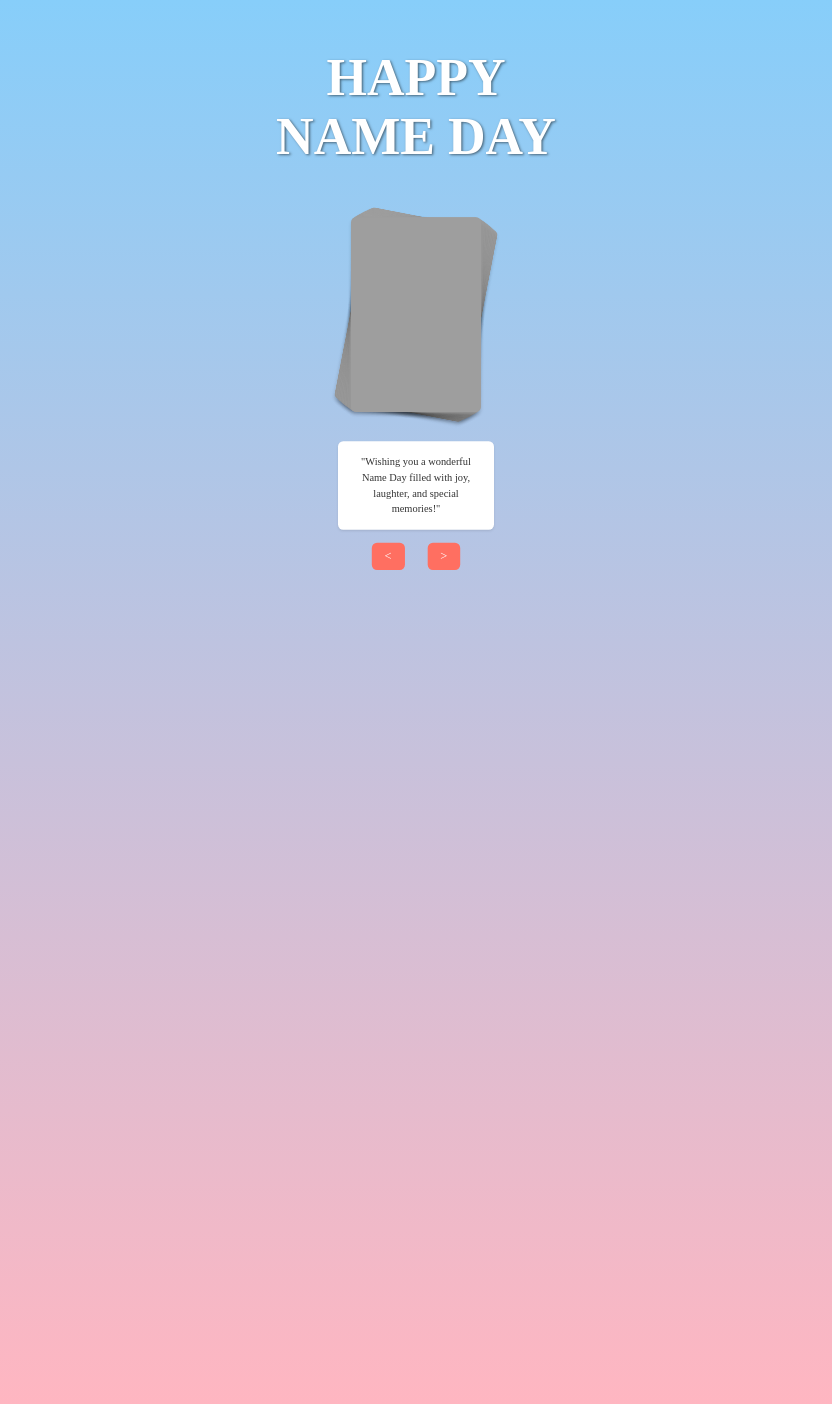
Repository: naps00/BIRTHDAY
Page: /details
These files come from the project's save history. The page is drawn as it stood at one moment and after the next save; the edit follows.
The browser window is 1280 px wide. The pictures show the whole page, at 65% of full size.
Pictures or frames that could not be fetched are drawn as grey boxes. The project was rebuilt for these pictures with package versions that can differ from the ones it lists, and the page was loaded fresh each time.

Above is the page before, as saved 2024-12-12 19:51:42.

### src/App.js
import React, { useState } from 'react';
import { BrowserRouter as Router, Route, Routes, Link } from 'react-router-dom';
import './App.css';
import Details from './details.js'; // นำเข้า Details.js

function Home() {
  const [showModal, setShowModal] = useState(false);

  // เมื่อวีดีโอจบ ให้แสดง modal
  const handleVideoEnd = () => {
    setShowModal(true);
  };

  return (
    <div className="App">
      <div className="container">
        <div className="text-section" style={{ flex: 1, display: 'flex', flexDirection: 'column', justifyContent: 'center', alignItems: 'center', textAlign: 'center', height: '100vh', color: 'black', fontSize: 'calc(3vw + 0vh)', fontWeight: 'bold' }}>
          <h2>HAPPY BIRTHDAY !!</h2>
          <p>MY LOVE ♡ </p>
          <img src="https://img2.pic.in.th/pic/fc8c0bdfae313c2ffd700a21b05915d6-removebg-preview.png" alt="Happy Birthday Decoration" style={{width: '200px', height: '200PX' }} />
        </div>

        <div className="video-section">
          <video
            className="video-player"
            controls
            onEnded={handleVideoEnd}
          >
            <source src="https://v1.pinimg.com/videos/mc/720p/3d/2a/3c/3d2a3ca4078af4f14258938781ed5f8e.mp4" type="video/mp4" />
            Your browser does not support the video tag.
          </video>
        </div>
      </div>

      {/* Modal */}
      {showModal && (
        <div className="modal-backdrop">
          <div className="modal-content">
            <h2>Are you ready?</h2>
            {/* เปลี่ยนปุ่ม "ปิด" ให้เป็นลิงค์ไปยังหน้า /details */}
            <Link to="/details">
              <button className="pulse">GO !!</button>
            </Link>
          </div>
        </div>
      )}

      {/* เพิ่มอิโมจิที่วิ้งๆ */}
      <div className="emoji">🌟</div>
      <div className="emoji2">✨</div>
      <div className="emoji3">💕</div>

    </div>
  );
}

function App() {
  return (
    <Router>
      <Routes>
        <Route path="/" element={<Home />} />
        <Route path="/details" element={<Details />} /> {/* เพิ่มเส้นทางสำหรับหน้า /details */}
      </Routes>
    </Router>
  );
}

export default App;

### src/App.css
/* การจัด layout ของแอปพลิเคชัน */
.App {
  background-color: white;
  min-height: 100vh;
  display: flex;
  justify-content: center;
  align-items: center;
}

/* ส่วนที่ใช้จัด layout */
.container {
  display: flex;
  flex-direction: row; /* แบ่งพื้นที่ออกเป็น 2 ส่วน */
  width: 100%;
  height: 100vh;
}

/* ส่วนข้อความ */
.text-section {
  flex: 1;
  display: flex;
  flex-direction: column;
  justify-content: center;
  align-items: center;
  padding: 20px;
  background-color: #f9f9f9;
}

.text-section h1 {
  margin-bottom: 20px;
}

/* ส่วนวีดีโอ */
.video-section {
  flex: 1;
  display: flex;
  justify-content: center;
  align-items: center;
  background-color: #000;
}

.video-player {
  width: 100%; /* ให้วีดีโอเต็มความกว้าง */
  height: 100%; /* ให้วีดีโอเต็มความสูง */
  object-fit: cover; /* ปรับวีดีโอให้เต็มพื้นที่โดยไม่เสียสัดส่วน */

/* การแสดง modal */
}
.modal-backdrop {
  position: fixed;
  top: 0;
  left: 0;
  width: 100%;
  height: 100%;
  background: rgba(0, 0, 0, 0.7);
  display: flex;
  justify-content: center;
  align-items: center;
  z-index: 100; /* ทำให้ modal อยู่เหนือสิ่งอื่น */
  animation: fadeInPop 0.5s ease-out;
}

/* เพิ่ม z-index ให้ modal-content */
.modal-content {
  background: white;
  padding: 20px;
  border-radius: 10px;
  text-align: center;
  box-shadow: 0 2px 10px rgba(0, 0, 0, 0.3);
  animation: slideUp 0.3s ease-out;
  z-index: 101; /* ทำให้เนื้อหาของ modal อยู่เหนือ backdrop */
}

/* การแอนิเมชัน fade-in และ pop-up สำหรับ modal backdrop */
@keyframes fadeInPop {
  0% {
    opacity: 0;
    transform: scale(0.8);
  }
  100% {
    opacity: 1;
    transform: scale(1);
  }
}

body {
  font-family: 'Coiny', cursive;
  margin: 0;
  padding: 0;
  box-sizing: border-box;
  background-color: #fef9ef;
  color: #333;
}

h1, h2, p {
  font-family: 'Coiny', cursive; /* ฟอนต์ใหม่สำหรับข้อความ */
}

button {
  font-family: 'Coiny', cursive;
  font-size: 1.2rem;
  background-color: #ff6f61;
  color: #fff;
  padding: 10px 20px;
  border: none;
  border-radius: 8px;
  cursor: pointer;
  transition: background-color 0.3s ease, transform 0.3s ease;
}

button:hover {
  background-color: #ff3d3d;
  transform: scale(1.1);
}

/* การแอนิเมชัน slide-up สำหรับ modal content */
@keyframes slideUp {
  0% {
    transform: translateY(20px);
    opacity: 0;
  }
  100% {
    transform: translateY(0);
    opacity: 1;
  }
}

.modal-content h2 {
  margin-bottom: 20px;
}

.modal-content button {
  padding: 10px 20px;
  background-color: #007bff;
  color: white;
  border: none;
  border-radius: 5px;
  cursor: pointer;
  transition: transform 0.3s ease, background-color 0.3s ease;
}

/* เอฟเฟกต์เมื่อ hover ปุ่ม */
.modal-content button:hover {
  background-color: #0056b3;
  transform: scale(1.1); /* ขยายขนาดปุ่มเมื่อ hover */
}

/* เอฟเฟกต์การเต้นของปุ่ม */
@keyframes pulse {
  0% {
    transform: scale(1);
    opacity: 1;
  }
  50% {
    transform: scale(1.1);
    opacity: 0.8;
  }
  100% {
    transform: scale(1);
    opacity: 1;
  }
}

.pulse {
  animation: pulse 1.5s infinite;
}

/* อิโมจิวิ้งๆ */
.emoji {
  position: fixed;
  top: 30%;
  right: 50%;
  font-size: 30px;
  animation: smoothBounce 1.4s infinite;
  z-index: 50; /* ทำให้ไอคอนอิโมจิอยู่ใต้ modal */
}
.emoji2 {
  position: fixed;
  top: 18%;
  right: 97%;
  font-size: 30px;
  animation: smoothBounce 1.5s infinite;
  z-index: 50; /* ทำให้ไอคอนอิโมจิอยู่ใต้ modal */
}
.emoji3 {
  position: fixed;
  top: 63%;
  right: 65%;
  font-size: 50px;
  animation: smoothBounce 3s infinite;
  z-index: 50; /* ทำให้ไอคอนอิโมจิอยู่ใต้ modal */
}
/* การกระพิบ */
/* @keyframes fadeInOut {
  0%, 100% {
    opacity: 0;
  }
  50% {
    opacity: 1;
  }
}

.fade {
  animation: fadeInOut 1s infinite;
} */

/* การแอนิเมชันวิ้ง */
@keyframes smoothBounce {
  0%, 100% {
    transform: translateY(0);
    opacity: 1;
  }
  25% {
    transform: translateY(-1px);
    opacity: 1;
  }
  50% {
    transform: translateY(-1px);
    opacity: 1;
  }
  75% {
    transform: translateY(5px);
    opacity: 1;
  }
}


/* การแอนิเมชัน zoom-in */
@keyframes zoomIn {
  0% {
    transform: scale(0.8);
    opacity: 0;
  }
  100% {
    transform: scale(1);
    opacity: 1;
  }
}

.zoom-in {
  animation: zoomIn 0.4s ease-out;
}

/* เอฟเฟกต์ fade-in สำหรับเนื้อหาที่โหลด */
.fade-in {
  opacity: 0;
  animation: fadeIn 1s forwards;
}

@keyframes fadeIn {
  from {
    opacity: 0;
  }
  to {
    opacity: 1;
  }
}

### src/details.js
import React, { useState } from 'react';
import { useSwipeable } from 'react-swipeable'; // นำเข้า useSwipeable
import './details.css';

function Details() {
  const images = [
    "https://img2.pic.in.th/pic/C14EEE1A-1C6E-4778-85B7-4833D53D43EB.jpeg",
    "https://img5.pic.in.th/file/secure-sv1/618E6171-BADE-42BC-A018-2EA60935F70F.jpeg",
    "https://img5.pic.in.th/file/secure-sv1/IMG_448429fe121e41b2f430.jpeg",
    "https://img5.pic.in.th/file/secure-sv1/IMG_64786800a538a371f8ae.jpeg",
    "https://img2.pic.in.th/pic/IMG_18254b9a0e0ef262515a.jpeg",
    "https://img2.pic.in.th/pic/IMG_750821c6a0b5848c84f8.jpeg",
    "https://img2.pic.in.th/pic/IMG_217360495c125ab56c81.jpeg",
    "https://img5.pic.in.th/file/secure-sv1/IMG_79057ffcc3e4b6cb96bc.jpeg",
    "https://img2.pic.in.th/pic/IMG_7834161695a4292d3799.jpeg",
    "https://img5.pic.in.th/file/secure-sv1/IMG_7833a600a5964cb97987.jpeg",
    "https://img5.pic.in.th/file/secure-sv1/IMG_7669dbd275c5d25b60ea.jpeg",
    "https://img2.pic.in.th/pic/IMG_791818c257fcaec84a84.jpeg"
  ];

  const [currentIndex, setCurrentIndex] = useState(0);

  const handlers = useSwipeable({
    onSwipedLeft: () => handleNext(),
    onSwipedRight: () => handlePrev(),
    preventDefaultTouchmoveEvent: true,
    trackMouse: true
  });

  const handleNext = () => {
    setCurrentIndex((currentIndex + 1) % images.length);
  };

  const handlePrev = () => {
    setCurrentIndex((currentIndex - 1 + images.length) % images.length);
  };

  return (
    <div className="details-page" style={{ overflowY: 'auto', maxHeight: '100vh', padding: '20px' }}>
      <div className="header-text" style={{ textAlign: 'center' }}>
        <h1>HAPPY <br /> NAME DAY</h1>
      </div>

      <div className="card-stack" {...handlers} style={{ position: 'relative', height: '350px', marginBottom: '20px' }}>
        {images.map((src, index) => {
          const zIndex = images.length - Math.abs(currentIndex - index);
          const rotation = (index - currentIndex) * 1; // การหมุนภาพ
          const offset = (index - currentIndex) * 0; // ระยะเลื่อน

          return (
            <img
              key={index}
              src={src}
              alt={`Slide ${index + 1}`}
              className="card"
              style={{
                zIndex: zIndex,
                position: 'absolute',
                left: '50%',
                top: '50%',
                transform: `translate(-50%, -50%) rotate(${rotation}deg)`,
                marginTop: `${offset}px`,
                width: '200px',
                height: '300px',
                borderRadius: '8px',
                boxShadow: '0 4px 6px rgba(0, 0, 0, 0.1)',
              }}
            />
          );
        })}
      </div>

      <div
        className="card-message"
        style={{
          margin: '0 auto',
          width: '90%',
          maxWidth: '200px',
          padding: '20px',
          borderRadius: '8px',
          backgroundColor: '#fff',
          boxShadow: '0 2px 4px rgba(0, 0, 0, 0.1)',
          textAlign: 'center',
          fontSize: '16px',
          lineHeight: '1.5',
        }}
      >
        "Wishing you a wonderful Name Day filled with joy, laughter, and special memories!"
      </div>

      <div className="controls" style={{ textAlign: 'center', marginTop: '20px' }}>
        <button onClick={handlePrev} style={{ margin: '0 10px', padding: '10px 20px' }}>
          &lt;
        </button>
        <button onClick={handleNext} style={{ margin: '0 10px', padding: '10px 20px' }}>
          &gt;
        </button>
      </div>

      <audio autoPlay loop>
        <source src="https://www.soundhelix.com/examples/mp3/SoundHelix-Song-1.mp3" type="audio/mp3" />
        Your browser does not support the audio element.
      </audio>
    </div>
  );
}

export default Details;

### src/details.css
.details-page {
  display: flex;
  flex-direction: column;
  align-items: center;
  justify-content: flex-start;
  min-height: 300vh; /* กำหนดความสูงขั้นต่ำ */
  background: linear-gradient(to bottom, #87CEFA, #FFB6C1);
  padding: 40px; /* เพิ่มระยะห่างจากขอบ */
  overflow-y: auto; /* ให้เลื่อนแนวตั้งได้ */
  box-sizing: border-box;
}

.card-stack {
  position: relative;
  width: 100%; /* ใช้พื้นที่เต็มความกว้าง */
  max-width: 400px; /* จำกัดขนาดความกว้าง */
  display: flex;
  flex-direction: column; /* จัดเรียงแนวตั้ง */
  align-items: center;
  gap: 20px; /* ระยะห่างระหว่างแต่ละรูป */
}
.header-text {
  text-align: center;
  color: white;
  text-shadow: 2px 2px 4px rgba(0, 0, 0, 0.5);
  font-size: 2.5rem;
}
.card {
  width: 200px; /* เพิ่มขนาดความกว้าง */
  height: 300px; /* เพิ่มขนาดความสูง */
  border-radius: 10px;
  box-shadow: 0 4px 8px rgba(0, 0, 0, 0.2);
}

.text-box {
  margin-top: 30px; /* เพิ่มระยะห่างระหว่างภาพและข้อความ */
  padding: 20px; /* ขยายพื้นที่ข้อความ */
  width: 100%;
  max-width: 500px; /* ขยายขนาดกล่องข้อความ */
  background: #ffffff;
  border: 1px solid #ddd;
  border-radius: 10px;
  box-shadow: 0 4px 8px rgba(0, 0, 0, 0.1);
  text-align: center; /* จัดข้อความให้อยู่กึ่งกลาง */
  font-size: 18px; /* เพิ่มขนาดตัวอักษร */
  line-height: 1.6; /* เพิ่มความสูงระหว่างบรรทัด */
}

.controls {
  margin-top: 30px; /* ระยะห่างระหว่างปุ่มกับข้อความ */
  display: flex;
  justify-content: center;
  gap: 15px; /* เพิ่มระยะห่างระหว่างปุ่ม */
}

Loaded but not shown: public/index.html (common file); src/index.js (common file); src/index.css (common file); src/reportWebVitals.js (common file)

After the next save:
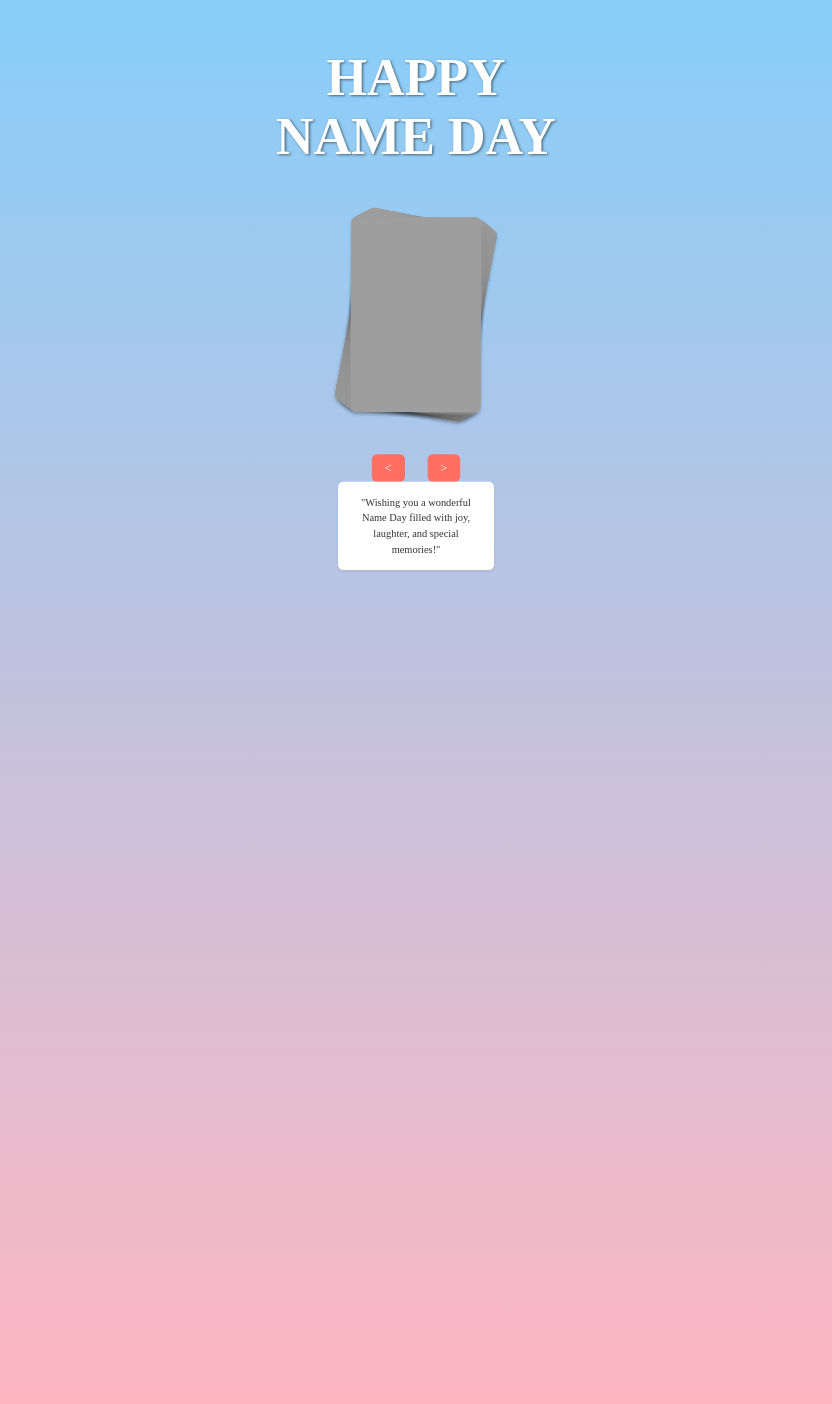
Saved 32 s later.
--- a/src/details.js
+++ b/src/details.js
@@ -70,6 +70,14 @@ function Details() {
         })}
       </div>
 
+      <div className="controls" style={{ textAlign: 'center', marginTop: '20px' }}>
+        <button onClick={handlePrev} style={{ margin: '0 10px', padding: '10px 20px' }}>
+          &lt;
+        </button>
+        <button onClick={handleNext} style={{ margin: '0 10px', padding: '10px 20px' }}>
+          &gt;
+        </button>
+      </div>
       <div
         className="card-message"
         style={{
@@ -88,14 +96,6 @@ function Details() {
         "Wishing you a wonderful Name Day filled with joy, laughter, and special memories!"
       </div>
 
-      <div className="controls" style={{ textAlign: 'center', marginTop: '20px' }}>
-        <button onClick={handlePrev} style={{ margin: '0 10px', padding: '10px 20px' }}>
-          &lt;
-        </button>
-        <button onClick={handleNext} style={{ margin: '0 10px', padding: '10px 20px' }}>
-          &gt;
-        </button>
-      </div>
 
       <audio autoPlay loop>
         <source src="https://www.soundhelix.com/examples/mp3/SoundHelix-Song-1.mp3" type="audio/mp3" />
